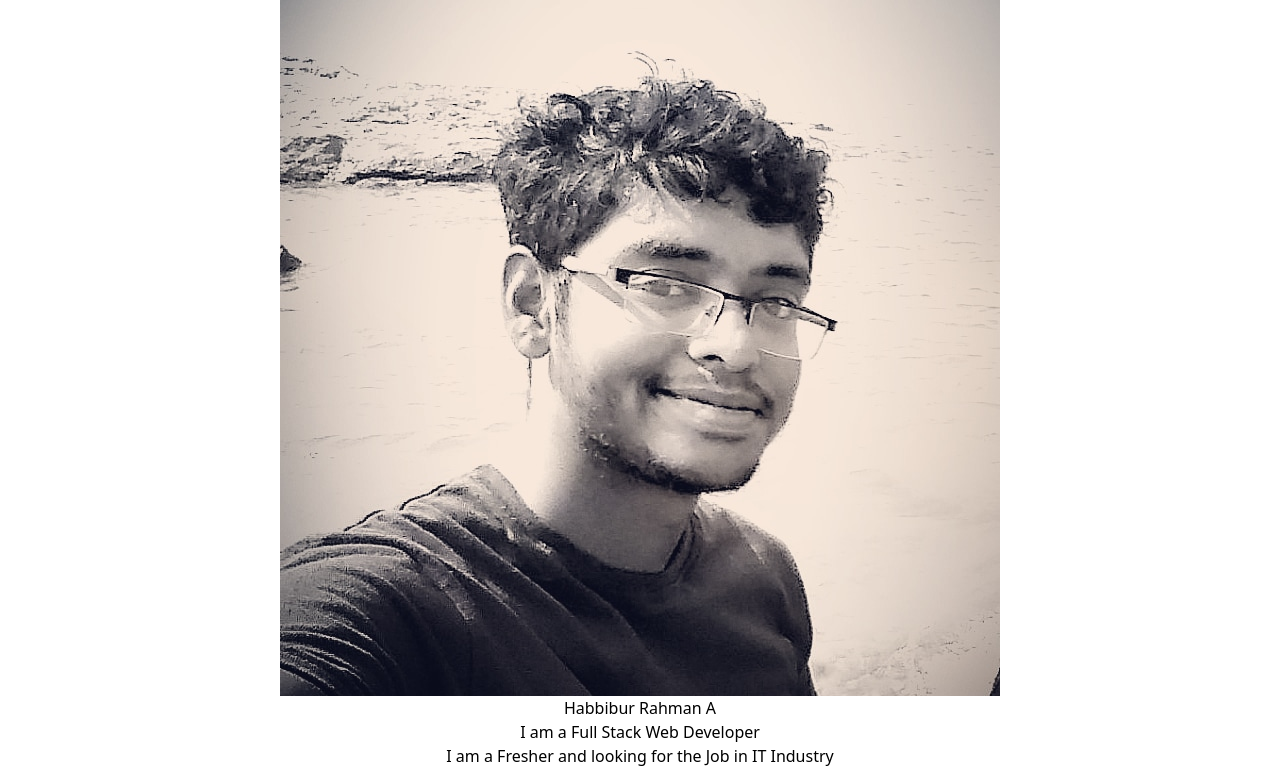
Repository: Habeebur1493/project
Page: /About
These files come from the project's save history. The page is drawn as it stood at one moment and after the next save; the edit follows.
The browser window is 1280 px wide. The pictures show the whole page.
The page's requests for data from a server got no answer. The project was rebuilt for these pictures with package versions that can differ from the ones it lists, and the page was loaded fresh each time. No one was signed in, and anything a server would have sent is missing. Also part of the build but not shown: vite.config.js, src/Components/Login.jsx, src/Components/Nav.jsx, src/Components/Loading.jsx, src/Components/Home.jsx, src/Components/Details.jsx, src/Components/Services.jsx, src/Components/Contact.jsx.

Above is the page before, as saved 2025-01-31 20:28:53.

After the next save:
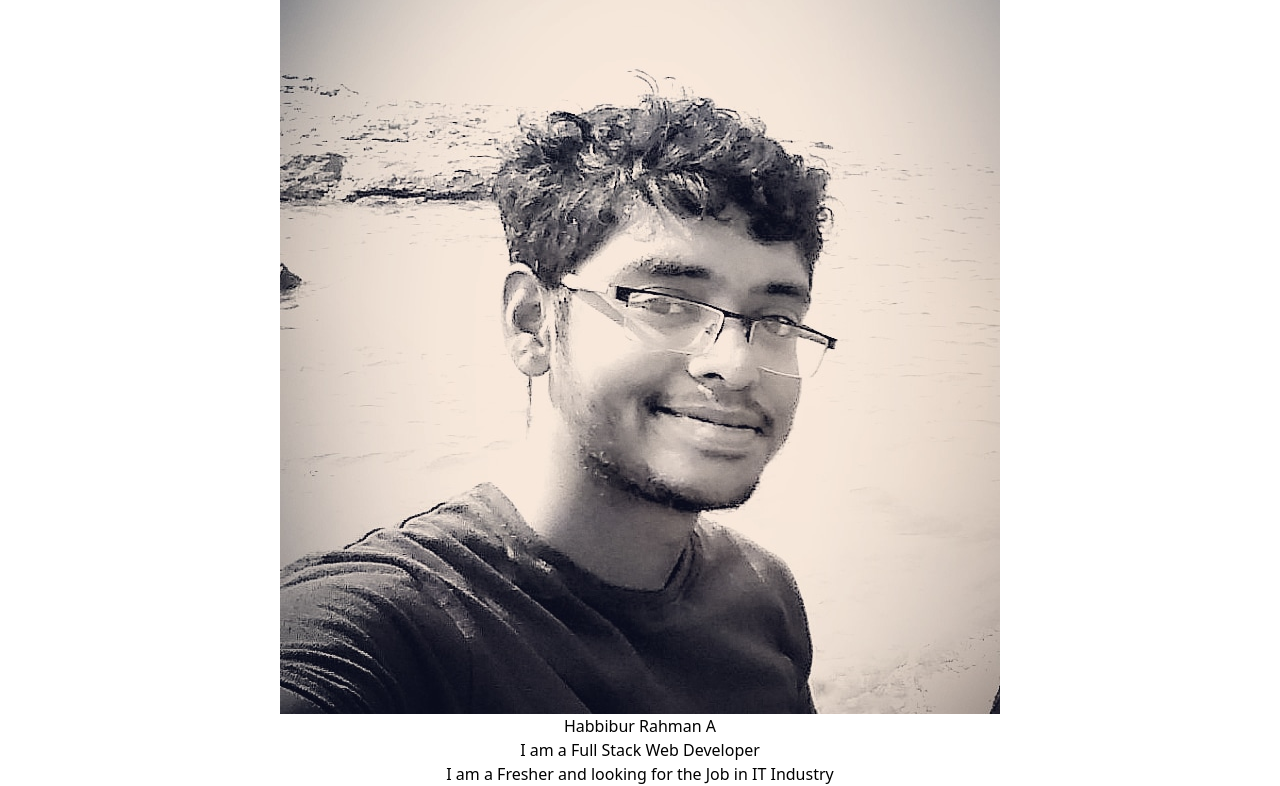
Saved 9 s later.
--- a/src/Components/About.jsx
+++ b/src/Components/About.jsx
@@ -4,7 +4,7 @@ import React from 'react'
 const About = () => {
   return (
     <div className='w-full h-full flex flex-col justify-center items-center'>
-      <h1>About Myself</h1>
+      <h1 className='text-6xl'>About Myself</h1>
       <img src="src\Components\IMG\IMG_20180427_173521_379.jpg" alt="" />
       <h1>Habbibur Rahman A</h1>
       <h2>I am a Full Stack Web Developer</h2>
